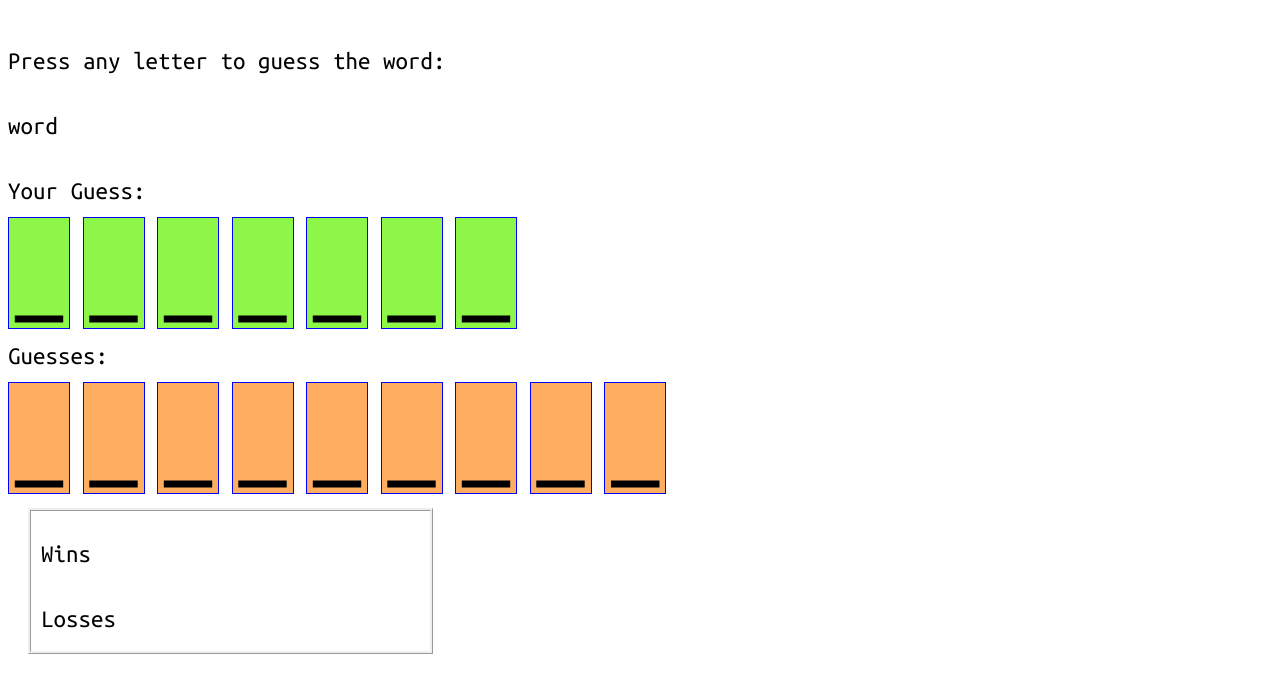
Repository: dsaftler/JavaScript
Page: index.html
The author's editor kept a copy of each file at every save. The page is drawn from the files as they stood at one save, then again after the next save.
The browser window is 1280 px wide. The pictures show the whole page.

Above is the page before, as saved 2019-03-30 21:50:21.

After the next save:
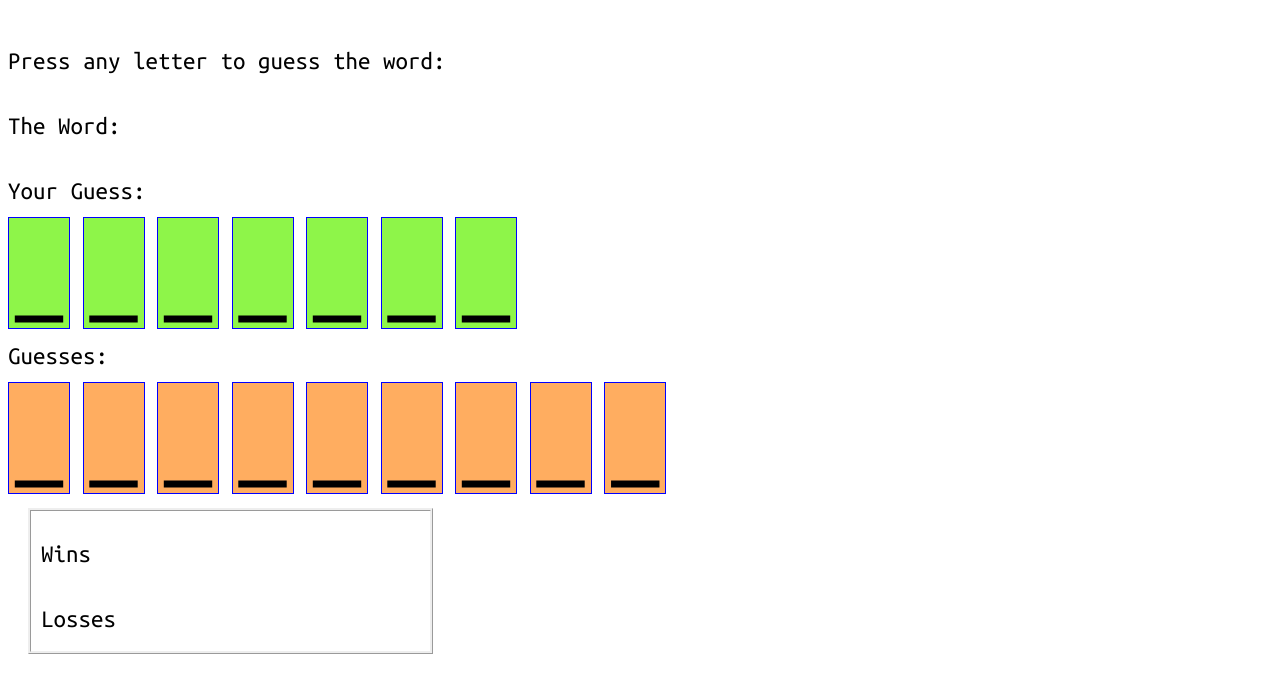
Saved 9 s later.
--- a/index.html
+++ b/index.html
@@ -11,10 +11,11 @@
 </head>
 <body>
     <div class="container showtext">
-        <div class="instructions showtext">Press any letter to guess the word:
-
-        </div>
-         <div class="word showtext">word</div>
+        <div class="instructions showtext">Press any letter to guess the word: </div>
+        <span>
+         <div class="word showtext">The Word:</div>
+         <div id="CorrectWord" class="floater"></div>
+        </span>
          <div id="curGuess" class="word showtext">Your Guess: </div>
          <div class="letter match" id="chr_0">_</div>
          <div class="letter match" id="chr_1">_</div>
